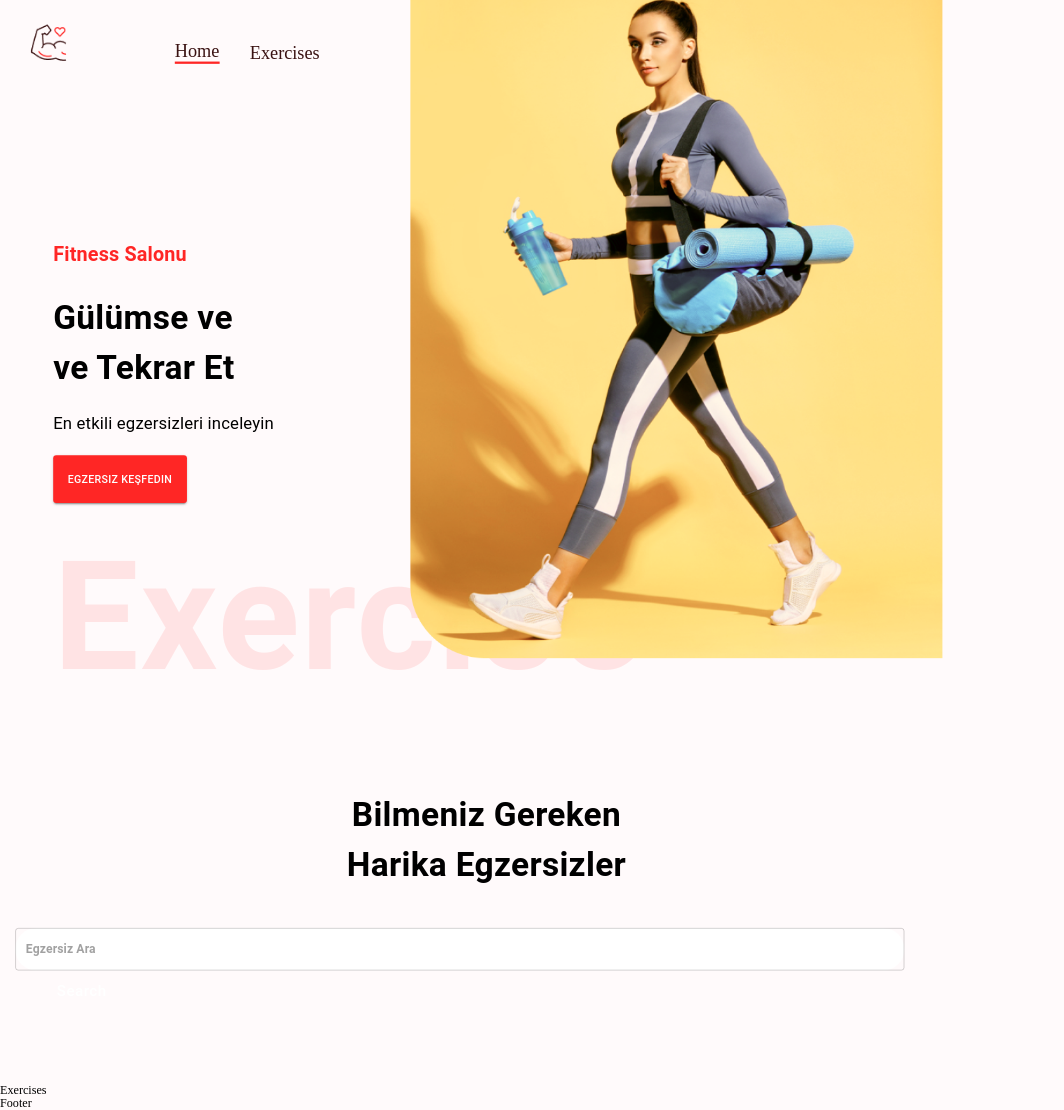
Repository: Kubraaygun/Gym_App
Page: /
These files come from the project's save history. The page is drawn as it stood at one moment and after the next save; the edit follows.
The browser window is 1280 px wide. The page is 1280 px wide, then 1400 px, so the pictures cover 1400 px, including what lies to the right of the window. The pictures show the whole page, at 76% of full size.
The project was rebuilt for these pictures with package versions that can differ from the ones it lists, and the page was loaded fresh each time. Also part of the build but not shown: src/pages/ExerciseDetail.js.

Above is the page before, as saved 2025-01-25 18:06:56.

After the next save:
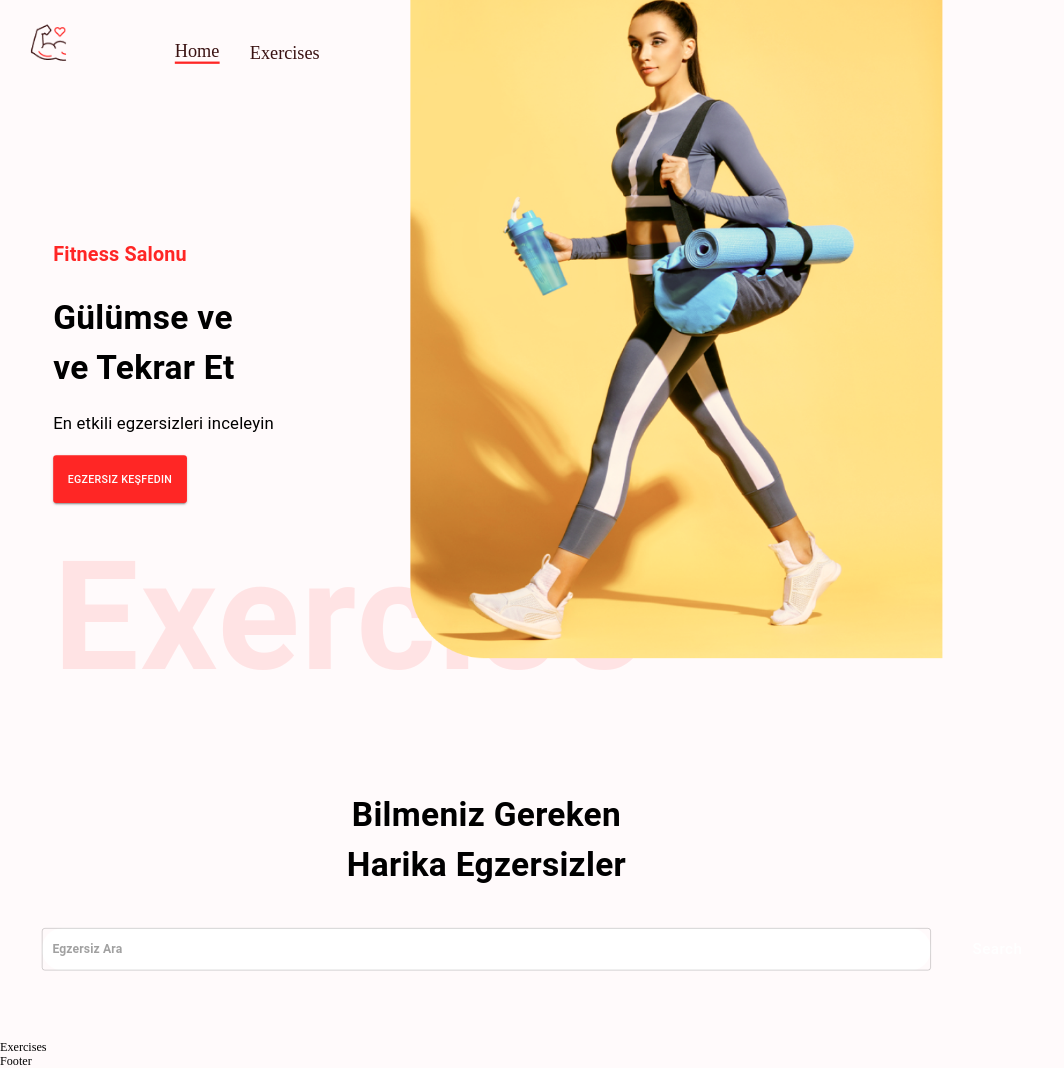
Saved 14 s later.
--- a/src/components/SearchExercises.js
+++ b/src/components/SearchExercises.js
@@ -34,6 +34,7 @@ const SearchExercises = () => {
             width: { lg: "175px", sx: "80px" },
             fontSize: { lg: "20px", sx: "14px" },
             height: "56px",
+            position: "absolute",
           }}
         >
           Search
